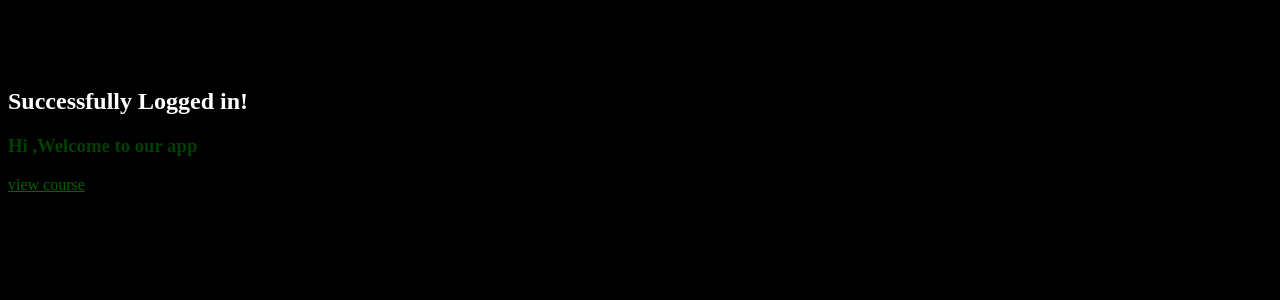
Repository: sultanaNargis03/IndustryReadyJavaSpringBoot
Page: http://localhost/Learningportal/loginsuccess.jsp
An editor plug-in stored every save of this project. The page is shown before and after the next save, followed by the edit.
The browser window is 1280 px wide. The pictures show the whole page.
The page is served by Tomcat 9. Other server files are loaded and not shown.

Above is the page before, as saved 2023-12-11 10:28:07.

### Servlet/workspace/Learningportal/src/main/webapp/loginsuccess.jsp
<%@ page language="java" contentType="text/html; charset=ISO-8859-1"
    pageEncoding="ISO-8859-1"%>
<!DOCTYPE html>
<html>
	<head>
		<meta charset="ISO-8859-1">
		<title>Login success</title>
		<h1 style="color:red"><marquee>Learning App</marquee></h1>
	</head>

	<body bgcolor="black">
		<h2 style="color:white">Successfully Logged in!</h2>
		<h3 style="color: rgb(0, 64, 0)">Hi ${dbuser},Welcome to our app</h3>
		<a style="color:darkgreen"href="course">view course</a>
	</body>

</html>

After the next save:
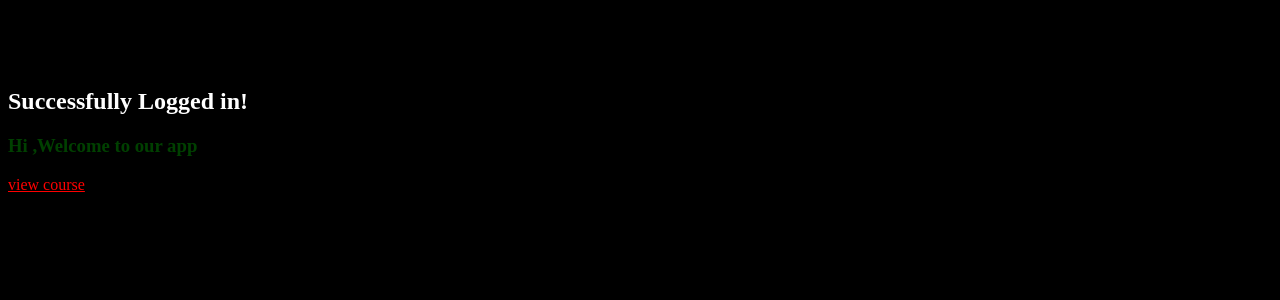
Saved 112 s later.
--- a/Servlet/workspace/Learningportal/src/main/webapp/loginsuccess.jsp
+++ b/Servlet/workspace/Learningportal/src/main/webapp/loginsuccess.jsp
@@ -11,7 +11,7 @@
 	<body bgcolor="black">
 		<h2 style="color:white">Successfully Logged in!</h2>
 		<h3 style="color: rgb(0, 64, 0)">Hi ${dbuser},Welcome to our app</h3>
-		<a style="color:darkgreen"href="course">view course</a>
+		<a style="color: red" href="course">view course</a>
 	</body>
 
 </html>
